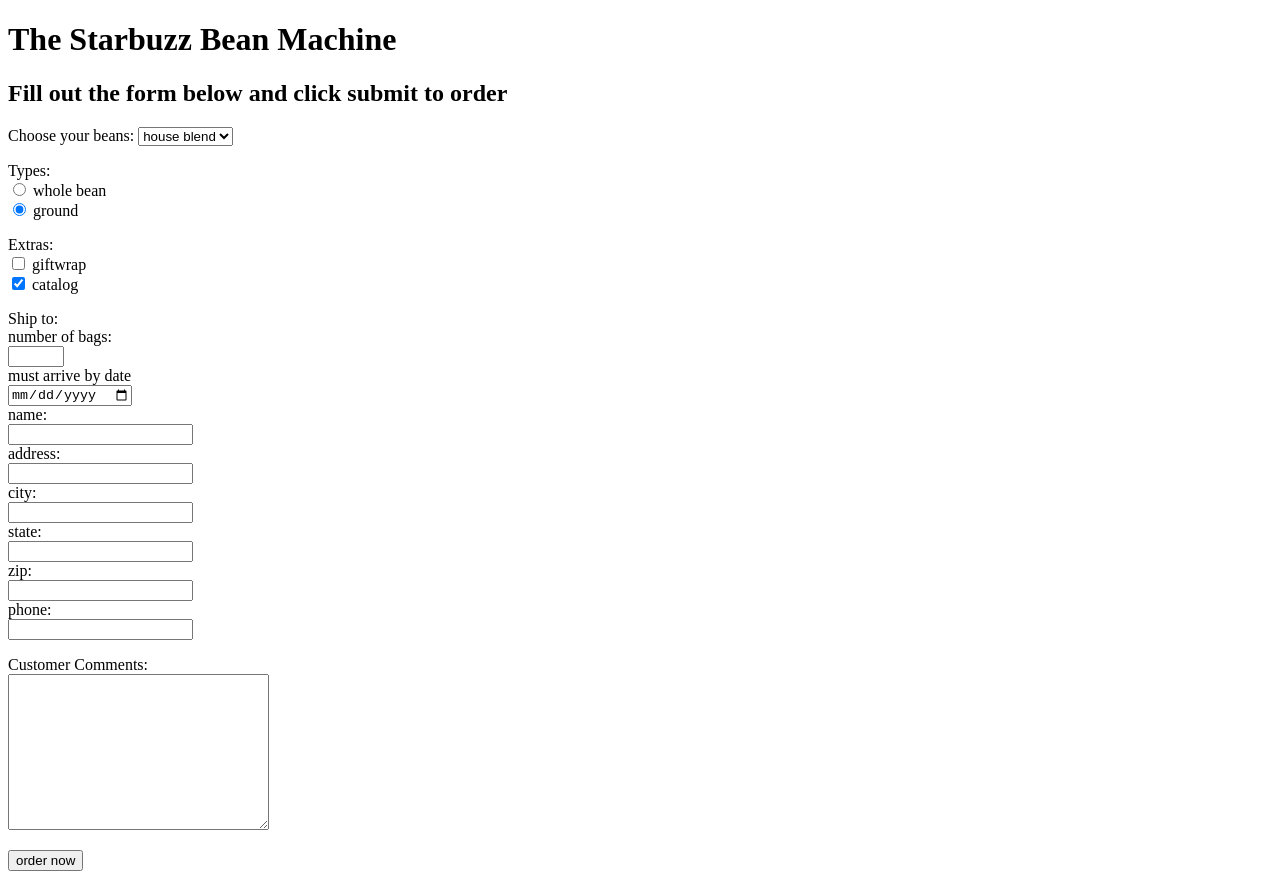
Repository: Dearning/head-first-html-css
Page: chapter14/starbuzz/form.html
These files come from the project's save history. The page is drawn as it stood at one moment and after the next save; the edit follows.
The browser window is 1280 px wide. The pictures show the whole page.

Above is the page before, as saved 2021-09-29 22:27:12.

After the next save:
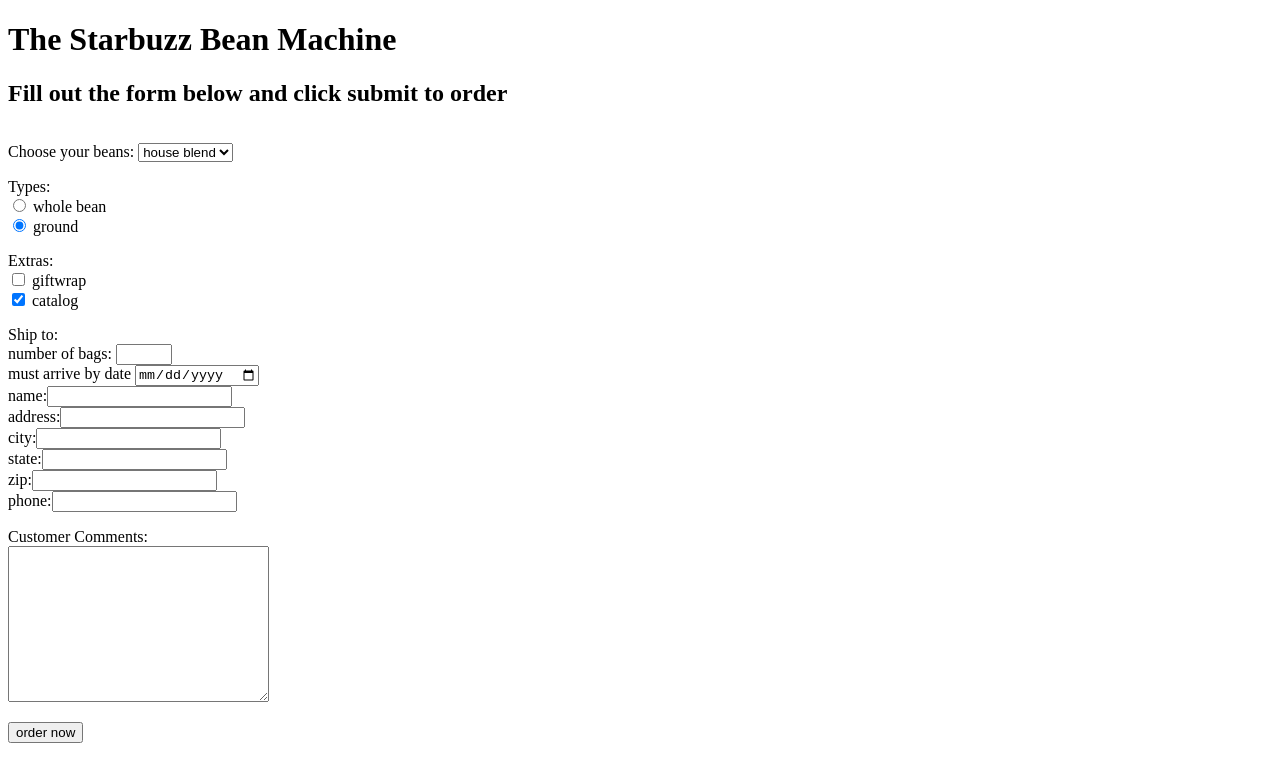
Saved 38 s later.
--- a/chapter14/starbuzz/form.html
+++ b/chapter14/starbuzz/form.html
@@ -10,8 +10,12 @@
     <h1>The Starbuzz Bean Machine</h1>
     <h2>Fill out the form below and click submit to order</h2>
     <form action="http://starbuzzcoffee.com/processorder.php" method="POST">
+      <table>
+
+
+      </table>
       <p>
-        <div class="left"> Choose your beans:
+        Choose your beans:
         <select name="beans" id="beans">
           <option value="house blend">house blend</option>
           <option value="shade">shade</option>
@@ -19,29 +23,29 @@
           <option value="ken">ken</option>
         </select>
       </p>
-      <p><div class="left"> Types:</div>
+      <p>Types: <br>
         <input type="radio" name="beantype" value="whole"> whole bean<br>
         <input type="radio" name="beantype" value="ground" checked> ground<br>
       </p>
       <p>
-        <div class="left"> Extras: </div>
+        Extras: <br>
         <input type="checkbox" name="extras[]" id="Extras[]" value="giftwrap"> giftwrap <br>
         <input type="checkbox" name="extras[]" id="Extras[]" value="catalog" checked> catalog <br>
 
       </p>
       <p>
-        <div class="left"> Ship to: </div>
-        <div class="left"> number of bags: </div><input type="number" name="bags" min="1" max="10"> <br>
-        <div class="left"> must arrive by date</div> <input type="date" name="date"> <br>
-        <div class="left"> name:</div><input type="text" name="name"><br>
-        <div class="left"> address:</div><input type="text" name="address"><br>
-        <div class="left"> city:</div><input type="text" name="city"><br>
-        <div class="left"> state:</div><input type="text" name="state"><br>
-        <div class="left"> zip:</div><input type="text" name="zip"><br>
-        <div class="left"> phone:</div><input type="tel" name="phone"><br>
+        Ship to: <br>
+        number of bags: <input type="number" name="bags" min="1" max="10"> <br>
+        must arrive by date <input type="date" name="date"> <br>
+        name:<input type="text" name="name"><br>
+        address:<input type="text" name="address"><br>
+        city:<input type="text" name="city"><br>
+        state:<input type="text" name="state"><br>
+        zip:<input type="text" name="zip"><br>
+        phone:<input type="tel" name="phone"><br>
       </p>
       <p>
-        <div class="left"> Customer Comments:</div>
+        Customer Comments: <br>
         <textarea name="comments" id="comments" cols="30" rows="10"></textarea>
 
       </p>
